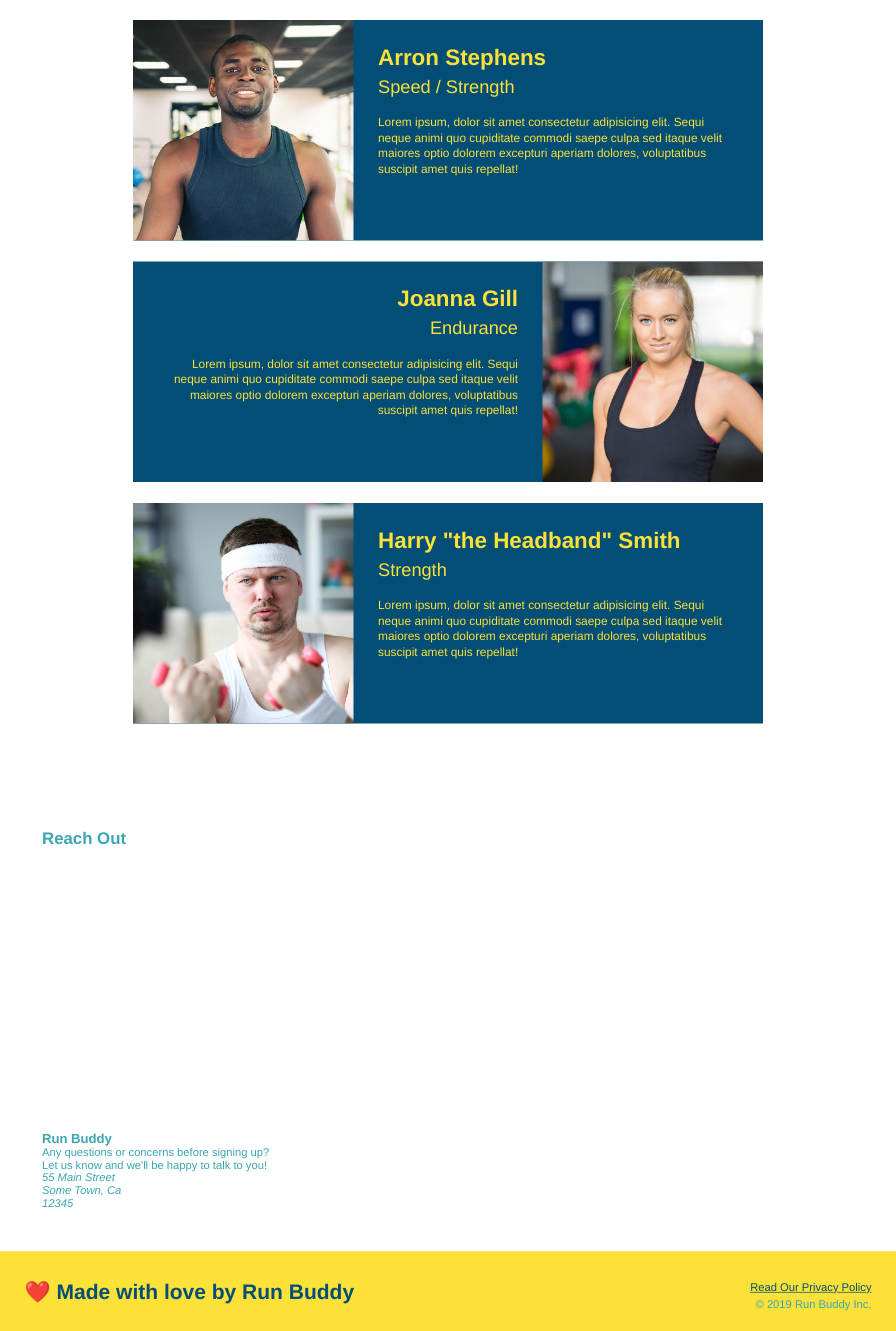
Repository: symlara/run-buddy
Page: index.html
The author's editor kept a copy of each file at every save. The page is drawn from the files as they stood at one save, then again after a run of saves.
The browser window is 1280 px wide. The pictures show the part of the page from y = 2412 to 4332 px (the page is 4314 px tall before and 4332 px after), at 70% of full size.
Pictures or frames that could not be fetched are drawn as grey boxes.

Above is the page before, as saved 2020-12-10 15:33:50.

After the next 10 saves:
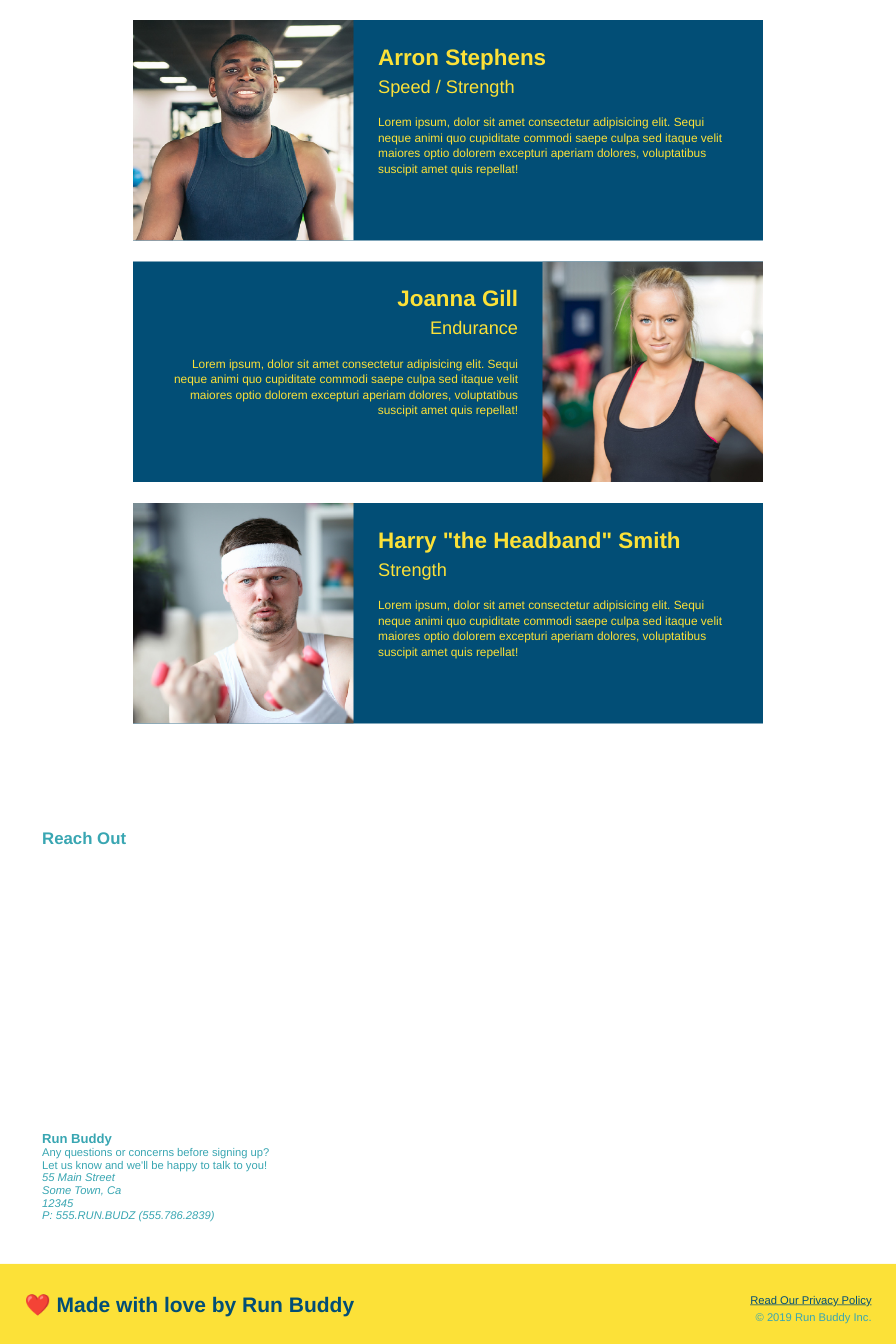
The 10 saves are shown as one change because they came seconds apart.
The last was saved 26 s later.
--- a/index.html
+++ b/index.html
@@ -182,7 +182,7 @@
                     55 Main Street <br />
                     Some Town, Ca <br />
                     12345<br />
-
+                    P: 555.RUN.BUDZ (555.786.2839)</address
                 </address>
             </div>
         </section>
